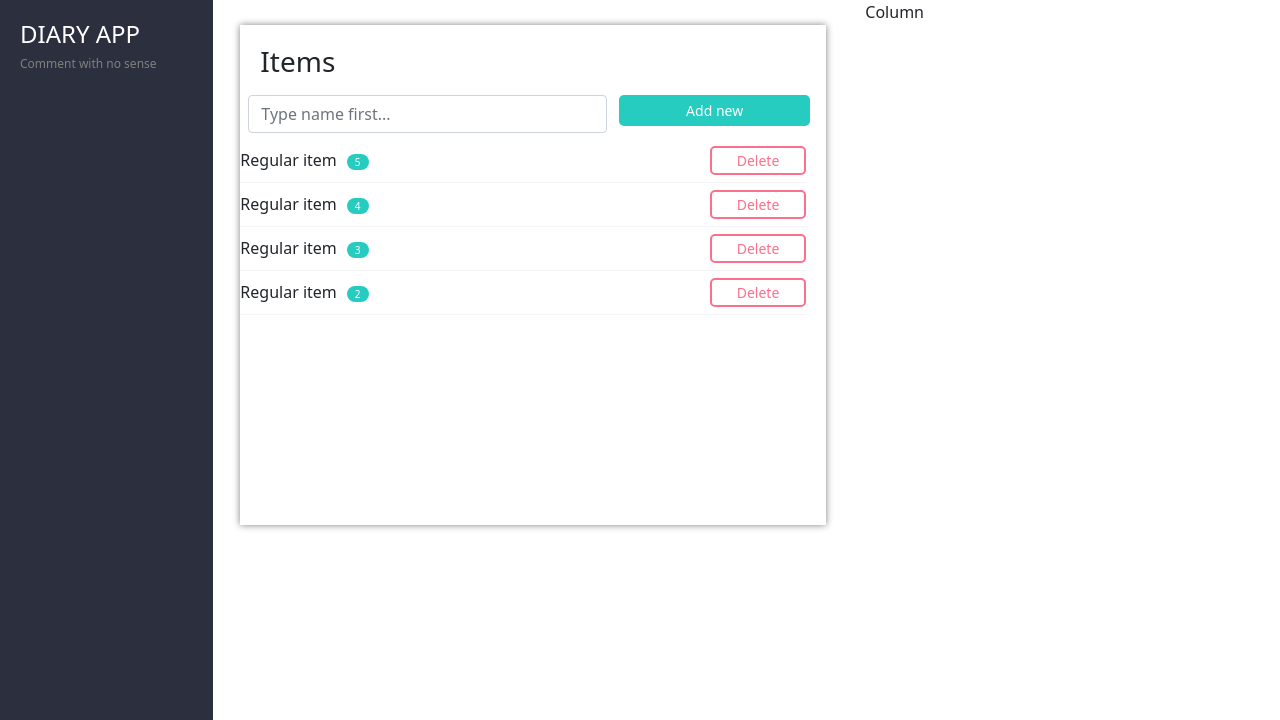
Repository: tsydikov/diary
Page: /
An editor plug-in stored every save of this project. The page is shown before and after the next save, followed by the edit.
The browser window is 1280 px wide. The pictures show the whole page.
The project was rebuilt for these pictures with package versions that can differ from the ones it lists, and the page was loaded fresh each time.

Above is the page before, as saved 2021-09-10 21:47:39.

After the next save:
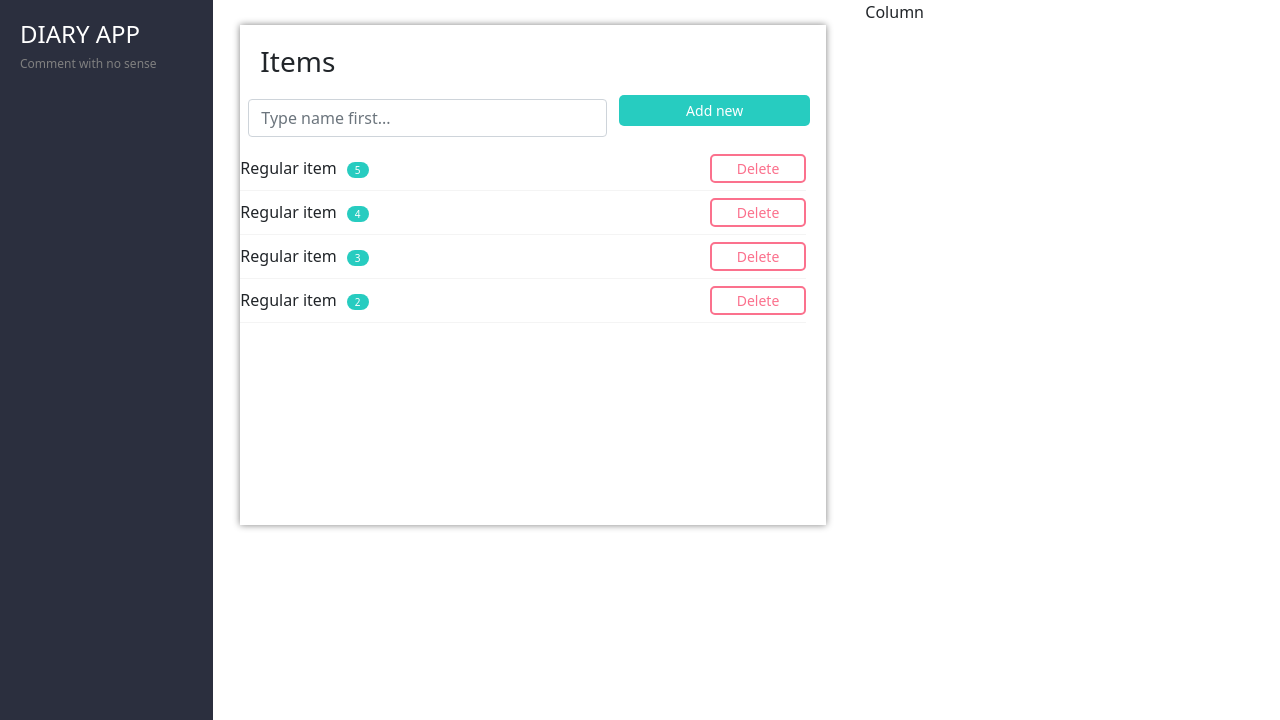
Saved 20 s later.
--- a/src/components/ItemForm.jsx
+++ b/src/components/ItemForm.jsx
@@ -23,7 +23,7 @@
                 <input
                   value={title}
                   onChange={e => setTitle(e.target.value)}
-                  className="form-control"
+                  className="form-control my-1"
                   type="text"
                   placeholder="Type name first..."
                 />

After the save that followed:
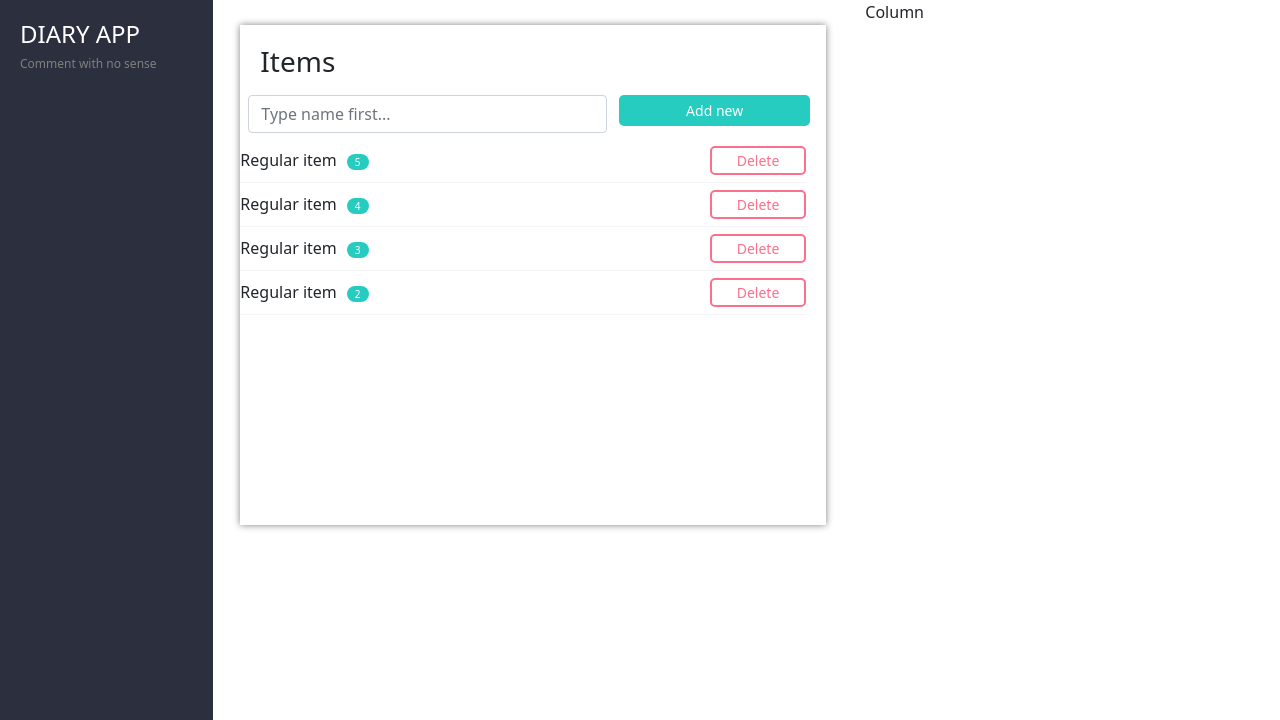
Saved 15 s later.
--- a/src/components/ItemForm.jsx
+++ b/src/components/ItemForm.jsx
@@ -23,7 +23,7 @@
                 <input
                   value={title}
                   onChange={e => setTitle(e.target.value)}
-                  className="form-control my-1"
+                  className="form-control my-0"
                   type="text"
                   placeholder="Type name first..."
                 />
